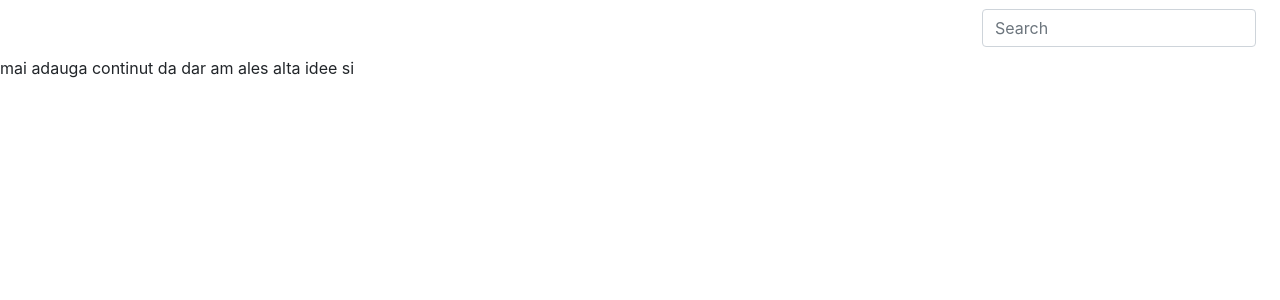
Repository: nicolasolo/bitesizecoding.space
Page: index.html
The author's editor kept a copy of each file at every save. The page is drawn from the files as they stood at one save, then again after a run of saves.
The browser window is 1280 px wide. The pictures show the whole page.

Above is the page before, as saved 2020-04-14 12:10:49.

After the next 2 saves:
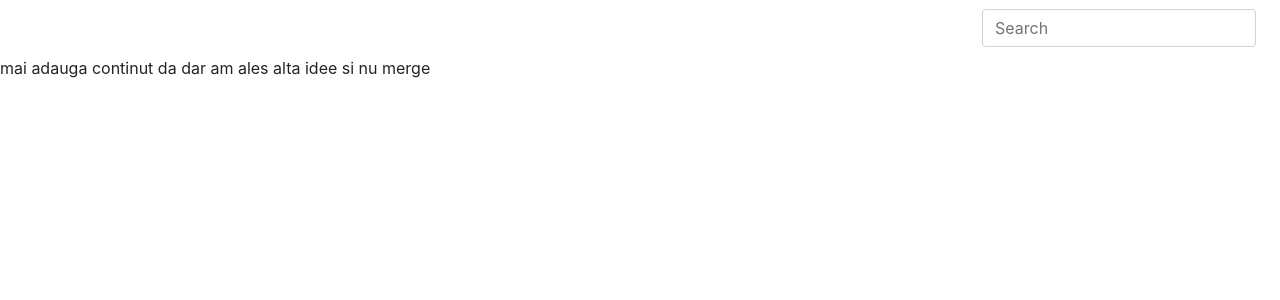
The 2 saves are shown as one change because they came seconds apart.
The last was saved 5 s later.
--- a/index.html
+++ b/index.html
@@ -88,7 +88,7 @@
 </nav>
 <!--/.Navbar-->
 <!-- Jumbotron -->
-<!--codul va fi scris aici
+<!--codul va fi scris aici-->
 <!--Jumbotron -->
 
 <!-- Footer-->
@@ -99,5 +99,5 @@
 <script src="https://stackpath.bootstrapcdn.com/bootstrap/4.4.1/js/bootstrap.min.js" integrity="sha384-wfSDF2E50Y2D1uUdj0O3uMBJnjuUD4Ih7YwaYd1iqfktj0Uod8GCExl3Og8ifwB6" crossorigin="anonymous"></script>
     <script src="./js/custom.js"></script>
 </body>
-</html>mai adauga continut da dar am ales alta idee si
+</html>mai adauga continut da dar am ales alta idee si nu merge
 <div></div>
